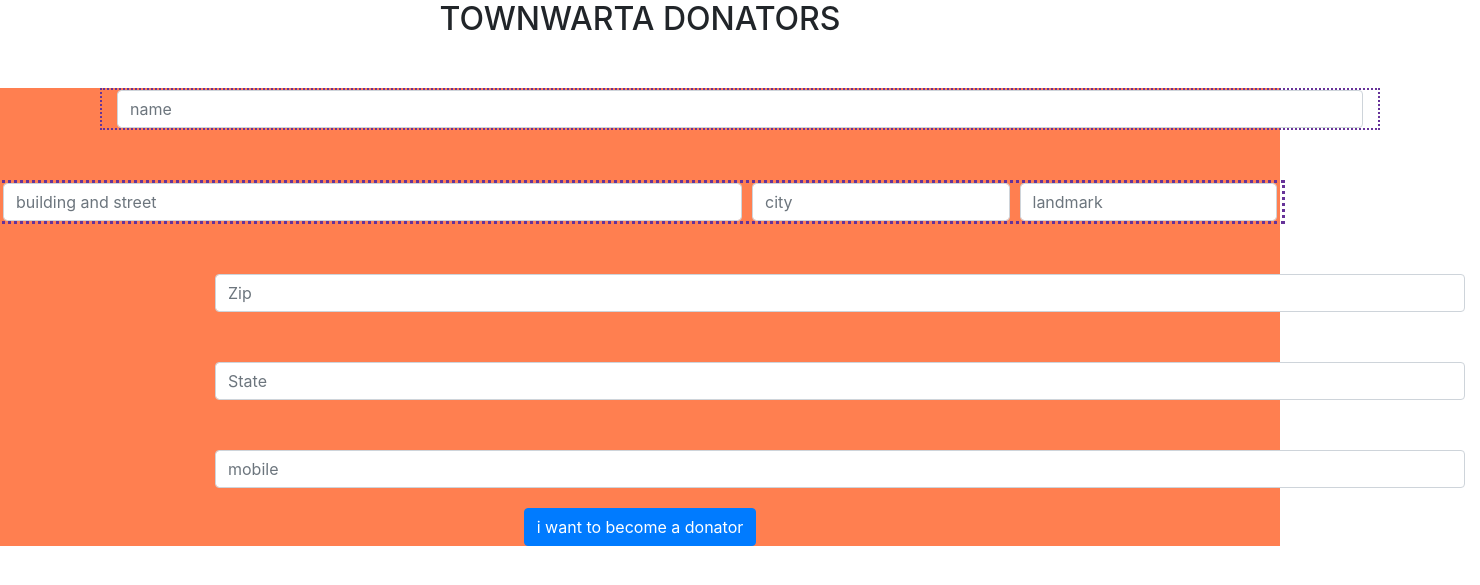
Repository: shivanand1988-28-06/townwarta
Page: http://localhost/donator/donator
An editor plug-in stored every save of this project. The page is shown before and after the next save, followed by the edit.
The browser window is 1280 px wide. The page is 1480 px wide, so the pictures cover 1480 px, including what lies to the right of the window. The pictures show the whole page.
The page is served by the project's Node server (Townwarta.js).

Above is the page before, as saved 2022-08-30 23:00:09.

After the next save:
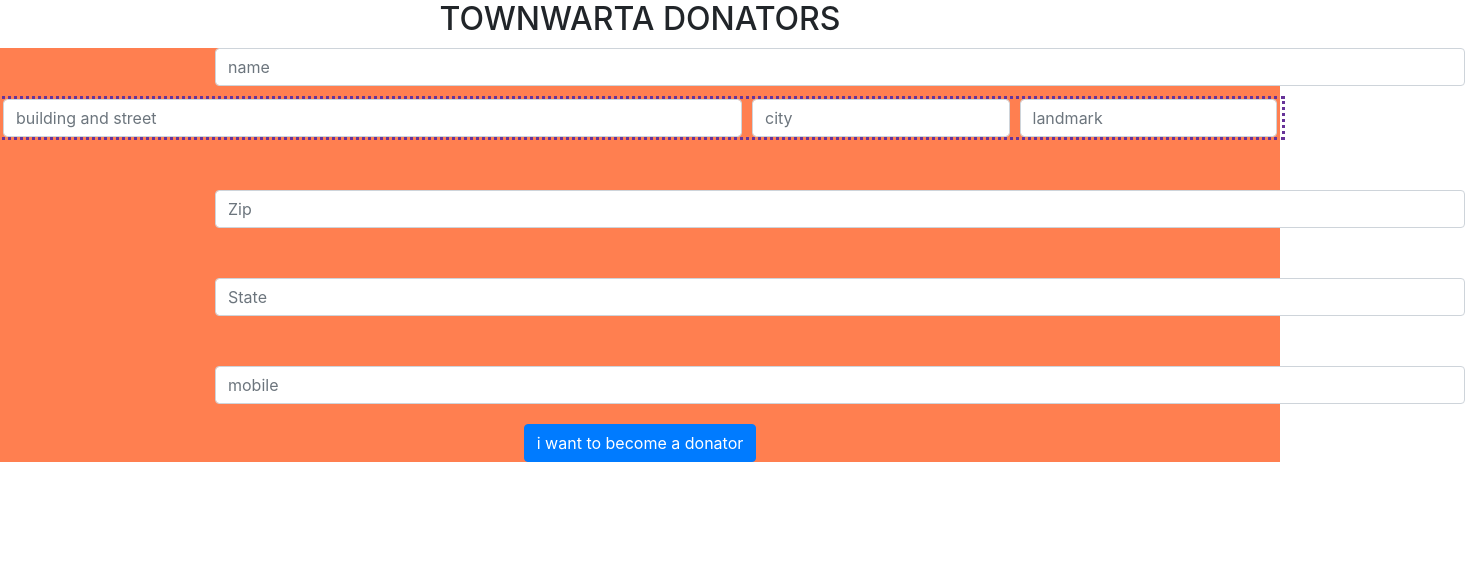
Saved 48 s later.
--- a/views/articles/donator.ejs
+++ b/views/articles/donator.ejs
@@ -11,7 +11,7 @@
 <body>
     <h2 style = "text-align : center ">TOWNWARTA DONATORS</h2>
     <form style = "background-color: coral;" >
-        <div class="col" style = "margin : 50px 100px 50px 100px; border: 2px rebeccapurple dotted">
+        <div class="col" style = "margin : 10px 200px "; border: 2px rebeccapurple dotted">
             <input type="text" name = "name" id = "name"class="form-control" placeholder="name">
           </div>
         <div class="form-row" style = "border: 3px rebeccapurple dotted;">
